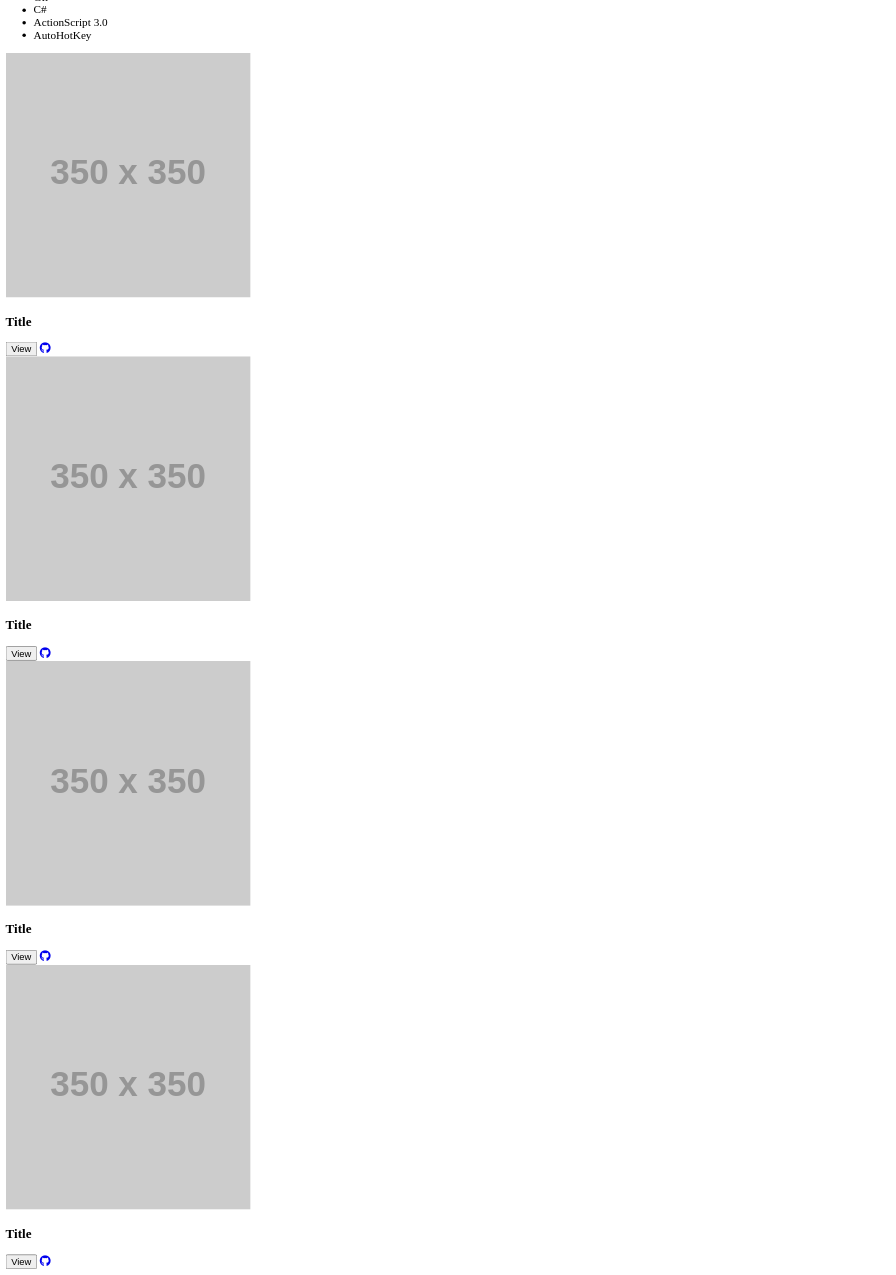
Repository: pjtae0328/Portfolio
Page: index.html
The author's editor kept a copy of each file at every save. The page is drawn from the files as they stood at one save, then again after the next save.
The browser window is 1280 px wide. The pictures show the part of the page from y = 3260 to 5180 px (the page is 5081 px tall before and 5180 px after), at 70% of full size.
Some web libraries are served in a nearby version.

Above is the page before, as saved 2021-08-27 21:30:45.

After the next save:
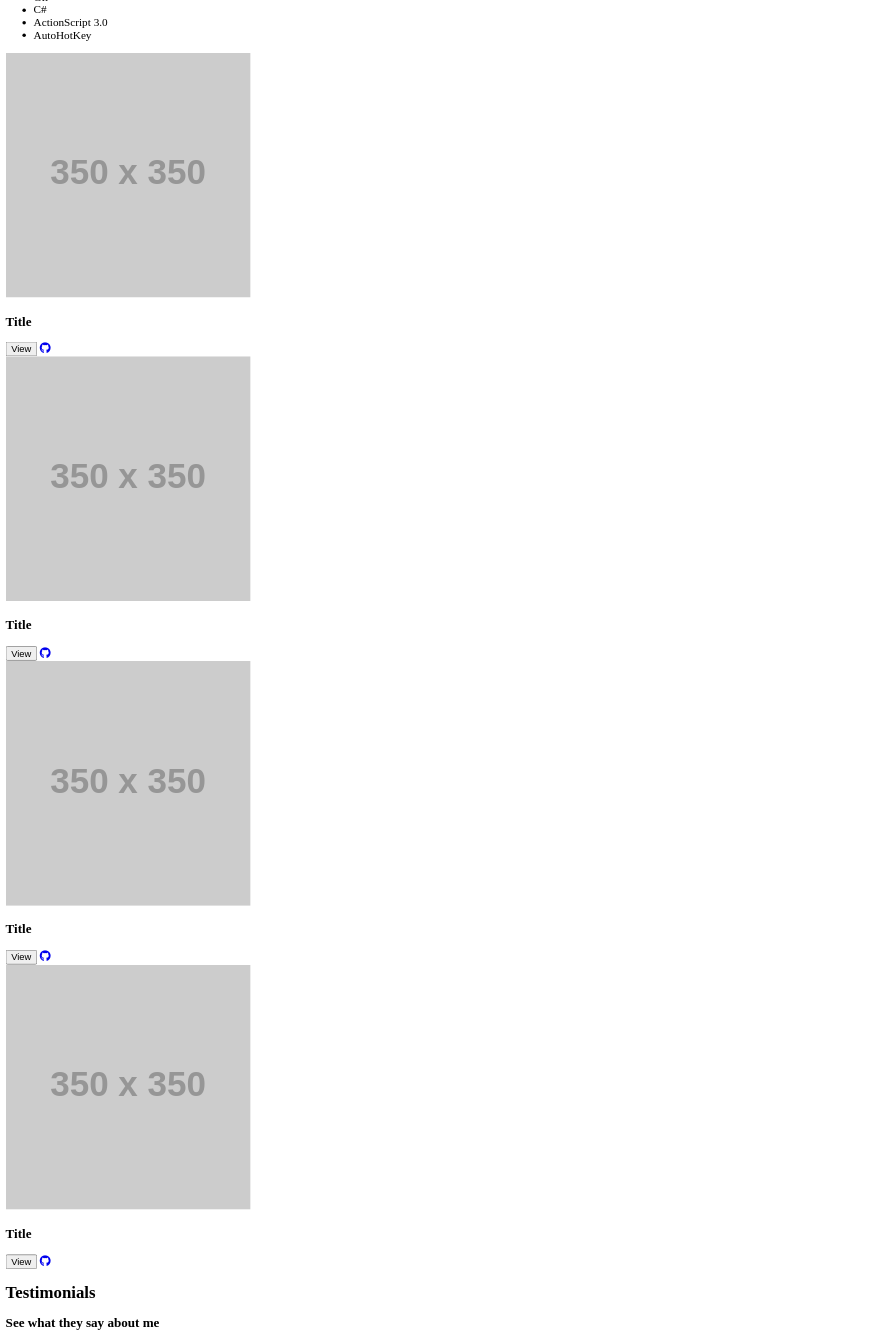
Saved 6 min 39 s later.
--- a/index.html
+++ b/index.html
@@ -44,7 +44,7 @@
 </nav>
 
 <!-- Home -->
-<section class="home">
+<section id="home">
     <img src="/imgs/profile.jpg" alt="profile photo" class="home__avatar">
     <h1 class="home__title">Hello, <br>웹 개발자 박정태입니다.</h1>
     <h2 class="home__discription">취미에서 이제는 직업으로, 프로그래밍을 공부하고 있습니다.</h2>
@@ -52,7 +52,7 @@
 </section>
 
 <!-- About -->
-<section class="about">
+<section id="about">
     <h1>About me</h1>
     <p>어필 문장 : Lorem ipsum dolor sit amet consectetur adipisicing elit. Magnam perferendis non officia provident quam
         facere deleniti velit dolorem veniam voluptatibus suscipit amet iste quisquam voluptas voluptatem ipsa nam,
@@ -104,7 +104,7 @@
 </section>
 
 <!-- Skills -->
-<section class="skills">
+<section id="skills">
     <h1>Skills</h1>
     <h2>Skills & Attributes</h2>
     <p>
@@ -182,7 +182,7 @@
 </section>
 
 <!-- Projects -->
-<section class="projects">
+<section id="projects">
     <!-- 사이즈 리사이즈 해서 통일하고 아이폰/ 맥 넣어서 마우스 오버시 맥/아이폰 넘어가게 애니메이션 주기  -->
     <!-- 개인 Spring Boot -->
     <div class="project">
@@ -215,7 +215,11 @@
 </section>
 
 <!-- Testimonials -->
-<section class="testimonials"></section>
+<section id="testimonials">
+    <h1>Testimonials</h1>
+    <h3>See what they say about me</h3>
+    <div class="testimoials"></div>
+</section>
 
 <!-- Contect -->
 <section class="contect">
